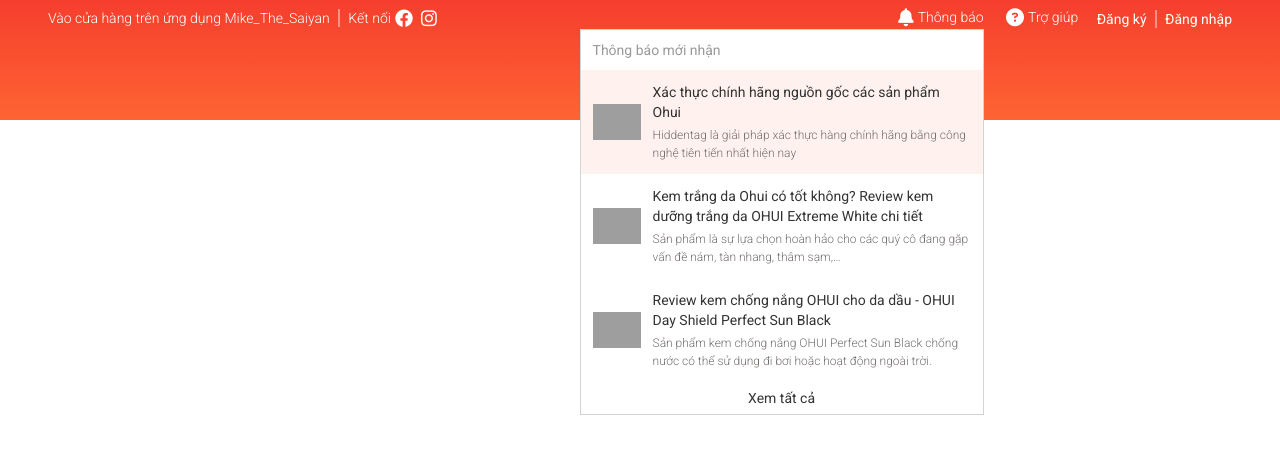
Repository: thefellowshiplotr/project_shopee
Page: index.html
These files come from the project's save history. The page is drawn as it stood at one moment and after the next save; the edit follows.
The browser window is 1280 px wide. The pictures show the whole page.
Pictures or frames that could not be fetched are drawn as grey boxes.

Above is the page before, as saved 2022-11-07 10:48:09.

After the next save:
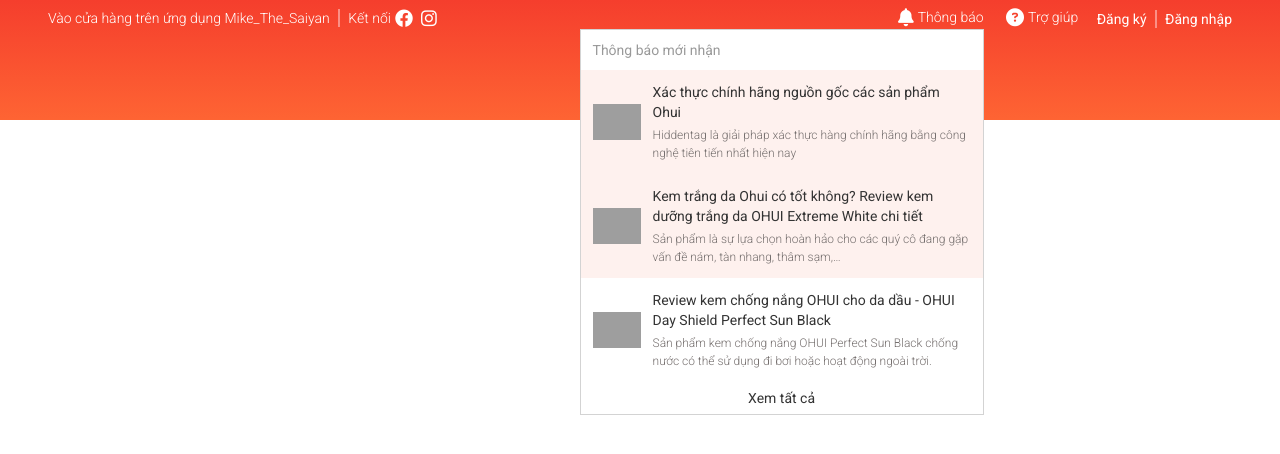
Saved 78 s later.
--- a/index.html
+++ b/index.html
@@ -108,7 +108,7 @@
                         </div>
                       </a>
                     </li>
-                    <li class="header__notify-item">
+                    <li class="header__notify-item header__notify-item--viewed">
                       <a href="" class="header__notify-link">
                         <img
                           src="https://cdn.abphotos.link/photos/resized/200x120/1653708536-php4dvzf5.png"
